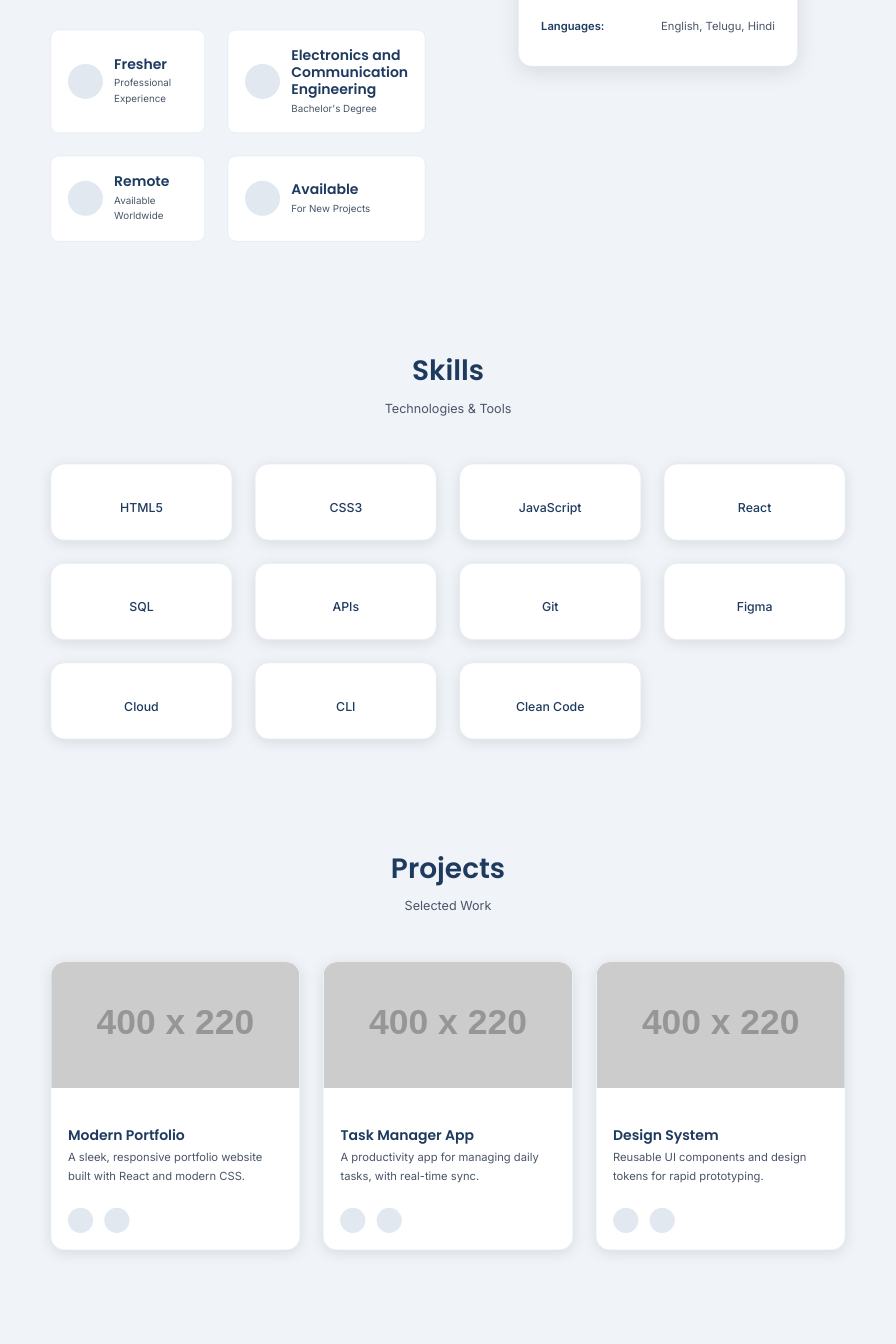
Repository: TharunPathakamuri/Portfolio
Page: index.html
An editor plug-in stored every save of this project. The page is shown before and after the next save, followed by the edit.
The browser window is 1280 px wide. The pictures show the part of the page from y = 1255 to 3175 px (the page is 4994 px tall), at 70% of full size.

Above is the page before, as saved 2025-07-04 23:29:20.

### index.html
<!DOCTYPE html>
<html lang="en">
  <head>
    <meta charset="UTF-8" />
    <meta name="viewport" content="width=device-width, initial-scale=1.0" />
    <title>Tharun Pathakamuri - Portfolio</title>
    <meta
      name="description"
      content="Personal Portfolio - Modern Web Developer"
    />

    <!-- Google Fonts -->
    <link rel="preconnect" href="https://fonts.googleapis.com" />
    <link rel="preconnect" href="https://fonts.gstatic.com" crossorigin />
    <link
      href="https://fonts.googleapis.com/css2?family=Inter:wght@300;400;500;600;700&family=Poppins:wght@300;400;500;600;700&display=swap"
      rel="stylesheet"
    />

    <!-- Lucide Icons -->
    <link
      rel="stylesheet"
      href="https://cdn.jsdelivr.net/npm/lucide-static@0.292.0/font/lucide.css"
    />

    <!-- Custom CSS -->
    <link rel="stylesheet" href="styles.css" />
    <link rel="shortcut icon" href="favicon.ico" type="image/x-icon" />
  </head>
  <body>
    <!-- Navigation -->
    <nav class="navbar" id="navbar">
      <div class="container">
        <div class="nav-content">
          <div class="nav-logo">
            <h3>Portfolio</h3>
          </div>

          <ul class="nav-menu" id="nav-menu">
            <li><a href="#home" class="nav-link">Home</a></li>
            <li><a href="#about" class="nav-link">About</a></li>
            <li><a href="#skills" class="nav-link">Skills</a></li>
            <li><a href="#projects" class="nav-link">Projects</a></li>
            <li><a href="#experience" class="nav-link">Experience</a></li>
            <li><a href="#contact" class="nav-link">Contact</a></li>
          </ul>

          <div class="nav-actions">
            <button
              class="theme-toggle"
              id="theme-toggle"
              aria-label="Toggle dark mode"
            >
              <i class="lucide lucide-moon"></i>
            </button>

            <button
              class="mobile-menu-toggle"
              id="mobile-menu-toggle"
              aria-label="Toggle mobile menu"
            >
              <i class="lucide lucide-menu"></i>
            </button>
          </div>
        </div>
      </div>
    </nav>

    <!-- Hero Section -->
    <section id="home" class="hero">
      <div class="container">
        <div class="hero-content">
          <div class="hero-text">
            <div class="hero-greeting">
              <span class="wave">👋</span> Hello, I'm
            </div>

            <h1 class="hero-title">
              <span class="name">Tharun Sai Charan Pathakamuri</span>
              <span class="title">Junior Web Developer</span>
            </h1>

            <p class="hero-description">
              I create beautiful, functional, and user-centered digital
              experiences. Passionate about clean code, modern design, and
              innovative solutions.
            </p>

            <div class="hero-actions">
              <button
                class="btn btn-primary"
                onclick="scrollToSection('contact')"
              >
                <i class="lucide lucide-mail"></i>
                Get In Touch
              </button>

              <a
                href="THARUN_PATHAKAMUR_RESUME.pdf"
                class="btn btn-secondary"
                download
              >
                <i class="lucide lucide-download"></i>
                Download Resume
              </a>
            </div>

            <div class="hero-social">
              <a
                href="https://github.com/TharunPathakamuri"
                target="_blank"
                rel="noopener noreferrer"
                class="social-link"
              >
                <i class="lucide lucide-github"></i>
              </a>
              <a
                href="https://www.linkedin.com/in/tharun-pathakamuri/"
                target="_blank"
                rel="noopener noreferrer"
                class="social-link"
              >
                <i class="lucide lucide-linkedin"></i>
              </a>
            </div>
          </div>

          <div class="hero-visual">
            <div class="hero-image">
              <div class="image-placeholder">
                <div class="placeholder-text">JD</div>
              </div>
            </div>
          </div>
        </div>
      </div>
    </section>

    <!-- About Section -->
    <section id="about" class="about section">
      <div class="container">
        <div class="section-header">
          <h2 class="section-title">About Me</h2>
          <p class="section-subtitle">Get to know me better</p>
        </div>

        <div class="about-content">
          <div class="about-text">
            <div class="about-description">
              <p>
                🎓 I’m a B.Tech graduate in Electronics and Communication
                Engineering with a strong interest in web development and Python
                programming.
              </p>

              <p>
                💡 Skilled in HTML, CSS, SQL, and Git, I build
                responsive and user-friendly websites with clean code and
                creative UI.
              </p>

              <p>
               🚀 Currently exploring JavaScript and UI/UX, and
                actively seeking opportunities to contribute to real-world
                projects and grow as a developer.
              </p>
            </div>

            <div class="about-highlights">
              <div class="highlight-item">
                <div class="highlight-icon">
                  <i class="lucide lucide-briefcase"></i>
                </div>
                <div class="highlight-content">
                  <h4 class="highlight-title">Fresher</h4>
                  <p class="highlight-description">Professional Experience</p>
                </div>
              </div>

              <div class="highlight-item">
                <div class="highlight-icon">
                  <i class="lucide lucide-graduation-cap"></i>
                </div>
                <div class="highlight-content">
                  <h4 class="highlight-title">Electronics and Communication
                Engineering</h4>
                  <p class="highlight-description">Bachelor's Degree</p>
                </div>
              </div>

              <div class="highlight-item">
                <div class="highlight-icon">
                  <i class="lucide lucide-map-pin"></i>
                </div>
                <div class="highlight-content">
                  <h4 class="highlight-title">Remote</h4>
                  <p class="highlight-description">Available Worldwide</p>
                </div>
              </div>

              <div class="highlight-item">
                <div class="highlight-icon">
                  <i class="lucide lucide-calendar"></i>
                </div>
                <div class="highlight-content">
                  <h4 class="highlight-title">Available</h4>
                  <p class="highlight-description">For New Projects</p>
                </div>
              </div>
            </div>
          </div>

          <div class="about-visual">
            <div class="about-card">
              <div class="card-header">
                <h3>Personal Info</h3>
              </div>

              <div class="info-list">
                <div class="info-item">
                  <span class="info-label">Name:</span>
                  <span class="info-value">Tharun Sai Charan Pathakamuri</span>
                </div>

                <div class="info-item">
                  <span class="info-label">Email:</span>
                  <span class="info-value">tharunsaicharanpathakamuri@gmail.com</span>
                </div>

                <div class="info-item">
                  <span class="info-label">Location:</span>
                  <span class="info-value">Hyderabad, India</span>
                </div>

                <div class="info-item">
                  <span class="info-label">Languages:</span>
                  <span class="info-value">English, Telugu, Hindi</span>
                </div>
              </div>
            </div>
          </div>
        </div>
      </div>
    </section>

    <!-- Skills Section -->
    <section id="skills" class="skills section">
      <div class="container">
        <div class="section-header">
          <h2 class="section-title">Skills</h2>
          <p class="section-subtitle">Technologies & Tools</p>
        </div>

        <div class="skills-grid">
          <div class="skill-card">
            <div class="skill-icon">
              <i class="lucide lucide-code"></i>
            </div>
            <div class="skill-name">HTML5</div>
          </div>

          <div class="skill-card">
            <div class="skill-icon">
              <i class="lucide lucide-palette"></i>
            </div>
            <div class="skill-name">CSS3</div>
          </div>

          <div class="skill-card">
            <div class="skill-icon">
              <i class="lucide lucide-file-code"></i>
            </div>
            <div class="skill-name">JavaScript</div>
          </div>

          <div class="skill-card">
            <div class="skill-icon">
              <i class="lucide lucide-zap"></i>
            </div>
            <div class="skill-name">React</div>
          </div>


          <div class="skill-card">
            <div class="skill-icon">
              <i class="lucide lucide-database"></i>
            </div>
            <div class="skill-name">SQL</div>
          </div>

          <div class="skill-card">
            <div class="skill-icon">
              <i class="lucide lucide-globe"></i>
            </div>
            <div class="skill-name">APIs</div>
          </div>

          <div class="skill-card">
            <div class="skill-icon">
              <i class="lucide lucide-git-branch"></i>
            </div>
            <div class="skill-name">Git</div>
          </div>

          <div class="skill-card">
            <div class="skill-icon">
              <i class="lucide lucide-image"></i>
            </div>
            <div class="skill-name">Figma</div>
          </div>

          <div class="skill-card">
            <div class="skill-icon">
              <i class="lucide lucide-cloud"></i>
            </div>
            <div class="skill-name">Cloud</div>
          </div>

          <div class="skill-card">
            <div class="skill-icon">
              <i class="lucide lucide-terminal"></i>
            </div>
            <div class="skill-name">CLI</div>
          </div>

          <div class="skill-card">
            <div class="skill-icon">
              <i class="lucide lucide-check-circle"></i>
            </div>
            <div class="skill-name">Clean Code</div>
          </div>
        </div>
      </div>
    </section>

    <!-- Projects Section -->
    <section id="projects" class="projects section">
      <div class="container">
        <div class="section-header">
          <h2 class="section-title">Projects</h2>
          <p class="section-subtitle">Selected Work</p>
        </div>

        <div class="projects-grid">
          <div class="project-card">
            <div class="project-image">
              <img src="https://placehold.co/400x220" alt="Modern Portfolio" />
            </div>
            <div class="project-content">
              <h3 class="project-title">Modern Portfolio</h3>
              <p class="project-description">
                A sleek, responsive portfolio website built with React and
                modern CSS.
              </p>
              <div class="project-tech">
                <span class="tech-icon"><i class="lucide lucide-zap"></i></span>
                <span class="tech-icon"
                  ><i class="lucide lucide-image"></i
                ></span>
              </div>
              <div class="project-links">
                <a
                  href="https://github.com"
                  target="_blank"
                  rel="noopener noreferrer"
                  class="project-link"
                >
                  <i class="lucide lucide-github"></i>
                </a>
                <a
                  href="#"
                  target="_blank"
                  rel="noopener noreferrer"
                  class="project-link"
                >
                  <i class="lucide lucide-external-link"></i>
                </a>
              </div>
            </div>
          </div>

          <div class="project-card">
            <div class="project-image">
              <img src="https://placehold.co/400x220" alt="Task Manager App" />
            </div>
            <div class="project-content">
              <h3 class="project-title">Task Manager App</h3>
              <p class="project-description">
                A productivity app for managing daily tasks, with real-time
                sync.
              </p>
              <div class="project-tech">
                <span class="tech-icon"><i class="lucide lucide-zap"></i></span>
                <span class="tech-icon"
                  ><i class="lucide lucide-server"></i
                ></span>
                <span class="tech-icon"
                  ><i class="lucide lucide-database"></i
                ></span>
              </div>
              <div class="project-links">
                <a
                  href="https://github.com"
                  target="_blank"
                  rel="noopener noreferrer"
                  class="project-link"
                >
                  <i class="lucide lucide-github"></i>
                </a>
                <a
                  href="#"
                  target="_blank"
                  rel="noopener noreferrer"
                  class="project-link"
                >
                  <i class="lucide lucide-external-link"></i>
                </a>
              </div>
            </div>
          </div>

          <div class="project-card">
            <div class="project-image">
              <img src="https://placehold.co/400x220" alt="Design System" />
            </div>
            <div class="project-content">
              <h3 class="project-title">Design System</h3>
              <p class="project-description">
                Reusable UI components and design tokens for rapid prototyping.
              </p>
              <div class="project-tech">
                <span class="tech-icon"
                  ><i class="lucide lucide-image"></i
                ></span>
                <span class="tech-icon"><i class="lucide lucide-zap"></i></span>
              </div>
              <div class="project-links">
                <a
                  href="https://github.com"
                  target="_blank"
                  rel="noopener noreferrer"
                  class="project-link"
                >
                  <i class="lucide lucide-github"></i>
                </a>
                <a
                  href="#"
                  target="_blank"
                  rel="noopener noreferrer"
                  class="project-link"
                >
                  <i class="lucide lucide-external-link"></i>
                </a>
              </div>
            </div>
          </div>
        </div>
      </div>
    </section>

    <!-- Experience Section -->
    <section id="experience" class="experience section">
      <div class="container">
        <div class="section-header">
          <h2 class="section-title">Experience</h2>
          <p class="section-subtitle">Work & Roles</p>
        </div>

        <div class="experience-timeline">
          <div class="exp-card">
            <div class="exp-header">
              <i class="lucide lucide-briefcase exp-icon"></i>
              <div>
                <h3 class="exp-role">Frontend Developer</h3>
                <div class="exp-company">Tech Solutions</div>
              </div>
            </div>
            <div class="exp-meta">
              <span class="exp-location"
                ><i class="lucide lucide-map-pin"></i> Remote</span
              >
              <span class="exp-period"
                ><i class="lucide lucide-calendar"></i> 2022 - Present</span
              >
            </div>
            <div class="exp-description">
              Building modern, responsive UIs and collaborating with
              cross-functional teams to deliver high-quality web applications.
            </div>
          </div>

          <div class="exp-card">
            <div class="exp-header">
              <i class="lucide lucide-briefcase exp-icon"></i>
              <div>
                <h3 class="exp-role">Web Developer</h3>
                <div class="exp-company">Creative Studio</div>
              </div>
            </div>
            <div class="exp-meta">
              <span class="exp-location"
                ><i class="lucide lucide-map-pin"></i> San Francisco, CA</span
              >
              <span class="exp-period"
                ><i class="lucide lucide-calendar"></i> 2020 - 2022</span
              >
            </div>
            <div class="exp-description">
              Developed and maintained websites for clients, focusing on
              performance, accessibility, and clean code.
            </div>
          </div>

          <div class="exp-card">
            <div class="exp-header">
              <i class="lucide lucide-briefcase exp-icon"></i>
              <div>
                <h3 class="exp-role">Intern Developer</h3>
                <div class="exp-company">Startup Hub</div>
              </div>
            </div>
            <div class="exp-meta">
              <span class="exp-location"
                ><i class="lucide lucide-map-pin"></i> Remote</span
              >
              <span class="exp-period"
                ><i class="lucide lucide-calendar"></i> 2019 - 2020</span
              >
            </div>
            <div class="exp-description">
              Assisted in building MVPs, learning best practices, and
              contributing to open-source projects.
            </div>
          </div>
        </div>
      </div>
    </section>

    <!-- Contact Section -->
    <section id="contact" class="contact section">
      <div class="container">
        <div class="section-header">
          <h2 class="section-title">Contact</h2>
          <p class="section-subtitle">Let's connect</p>
        </div>

        <div class="contact-content">
          <div class="contact-info">
            <div class="contact-item">
              <i class="lucide lucide-mail"></i>
              <span>john@example.com</span>
            </div>
            <div class="contact-item">
              <i class="lucide lucide-map-pin"></i>
              <span>San Francisco, CA</span>
            </div>
            <div class="contact-social">
              <a
                href="https://github.com"
                target="_blank"
                rel="noopener noreferrer"
                class="social-link"
              >
                <i class="lucide lucide-github"></i>
              </a>
              <a
                href="https://linkedin.com"
                target="_blank"
                rel="noopener noreferrer"
                class="social-link"
              >
                <i class="lucide lucide-linkedin"></i>
              </a>
            </div>
          </div>

          <form class="contact-form" id="contact-form">
            <div class="form-group">
              <label for="name">Name</label>
              <input id="name" type="text" required />
              <span class="form-error" id="name-error"></span>
            </div>

            <div class="form-group">
              <label for="email">Email</label>
              <input id="email" type="email" required />
              <span class="form-error" id="email-error"></span>
            </div>

            <div class="form-group">
              <label for="message">Message</label>
              <textarea id="message" rows="4" required></textarea>
              <span class="form-error" id="message-error"></span>
            </div>

            <button type="submit" class="btn btn-primary">Send Message</button>
            <div class="form-success" id="form-success"></div>
          </form>
        </div>
      </div>
    </section>

    <!-- Footer -->
    <footer class="footer">
      <div class="container">
        <div class="footer-content">
          <span
            >&copy; <span id="current-year"></span> John Doe. All rights
            reserved.</span
          >
          <button
            class="footer-top"
            onclick="scrollToTop()"
            aria-label="Back to top"
          >
            <i class="lucide lucide-arrow-up"></i>
          </button>
        </div>
      </div>
    </footer>

    <!-- Custom JavaScript -->
    <script src="script.js"></script>
  </body>
</html>

Loaded but not shown: script.js (335 lines, source omitted); styles.css (1099 lines, source omitted)

After the next save:
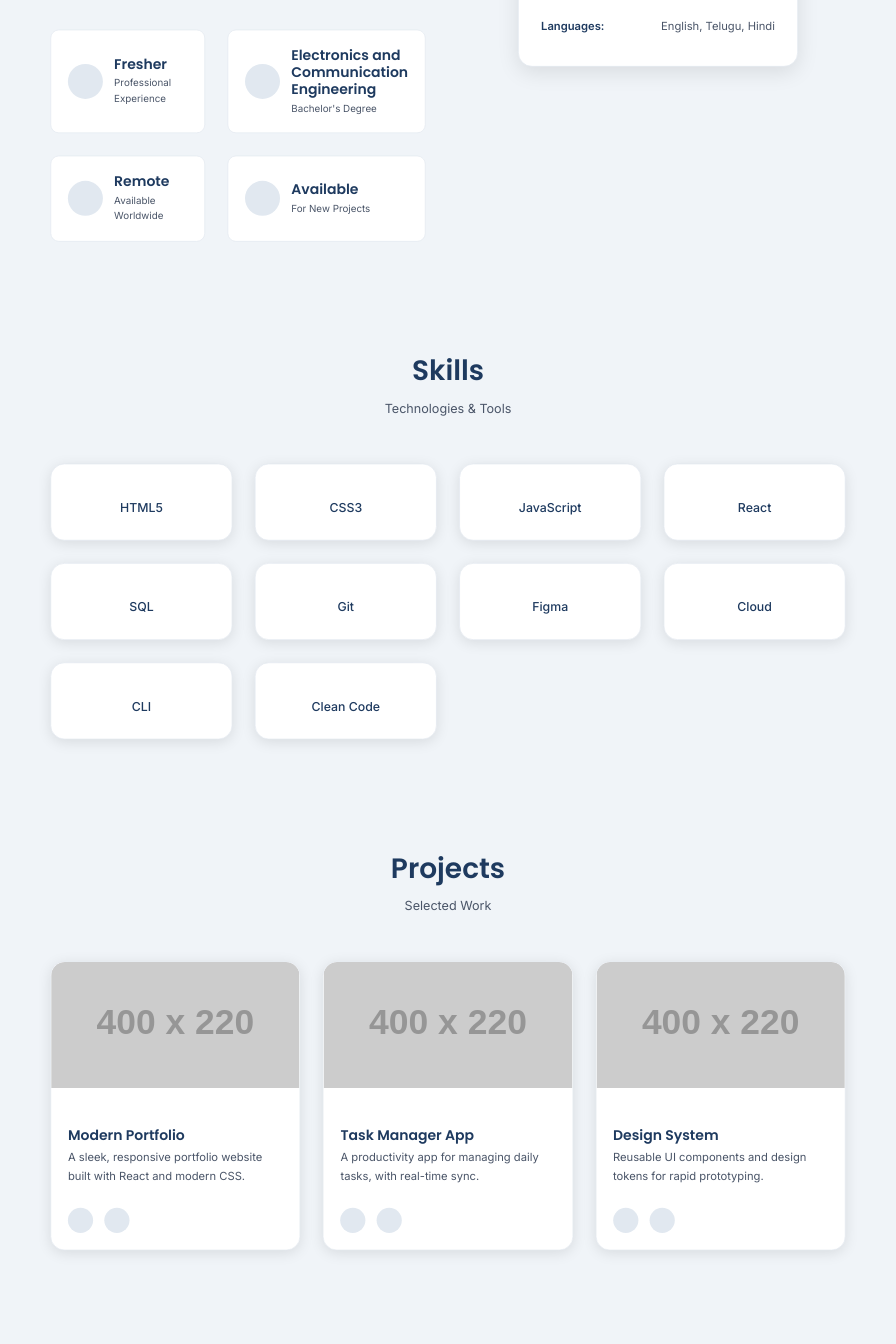
Saved 9 s later.
--- a/index.html
+++ b/index.html
@@ -286,13 +286,6 @@
               <i class="lucide lucide-database"></i>
             </div>
             <div class="skill-name">SQL</div>
-          </div>
-
-          <div class="skill-card">
-            <div class="skill-icon">
-              <i class="lucide lucide-globe"></i>
-            </div>
-            <div class="skill-name">APIs</div>
           </div>
 
           <div class="skill-card">
